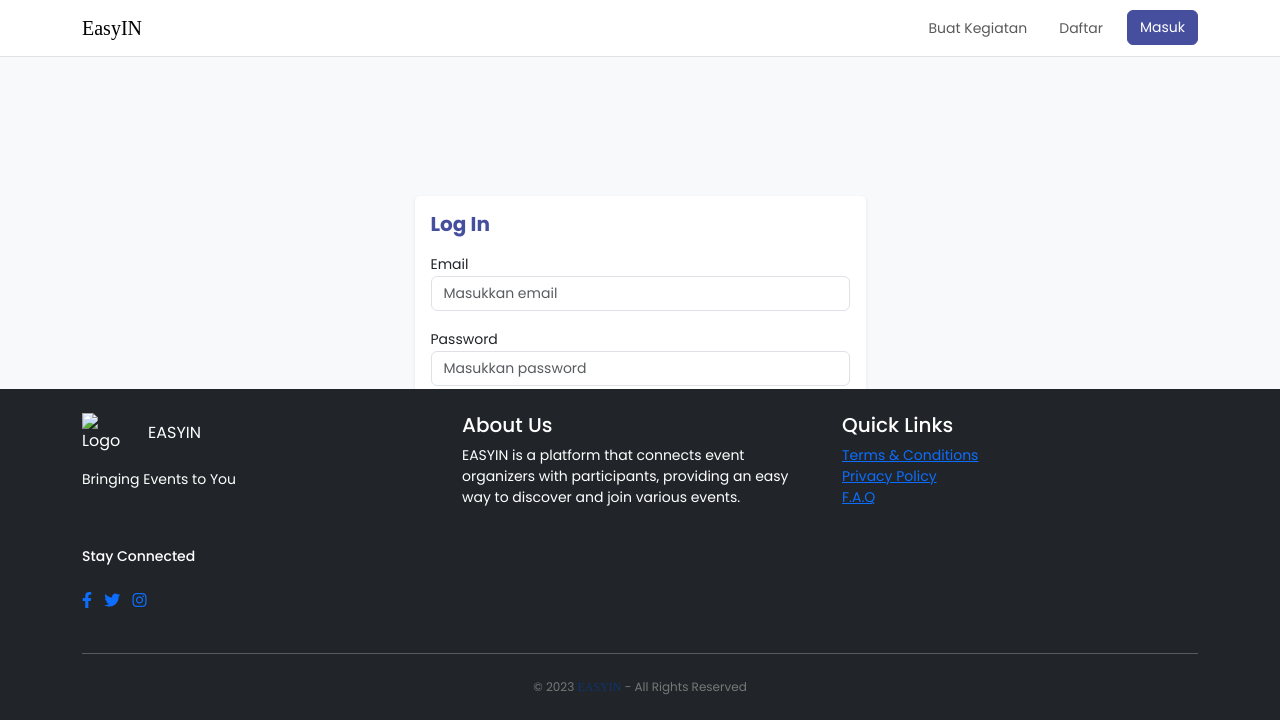
Repository: Imadaaa/Ticketing_Online
Page: http://localhost/login
The author's editor kept a copy of each file at every save. The page is drawn from the files as they stood at one save, then again after a run of saves.
The browser window is 1280 px wide. The pictures show the whole page.
Some web fonts or font styles are not loaded; a fallback is used. The page is served by the project's Laravel application, run on PHP 8.4 with Laravel 10.

Above is the page before, as saved 2023-08-22 02:25:11.
Console error: ReferenceError: $ is not defined

After the next 4 saves:
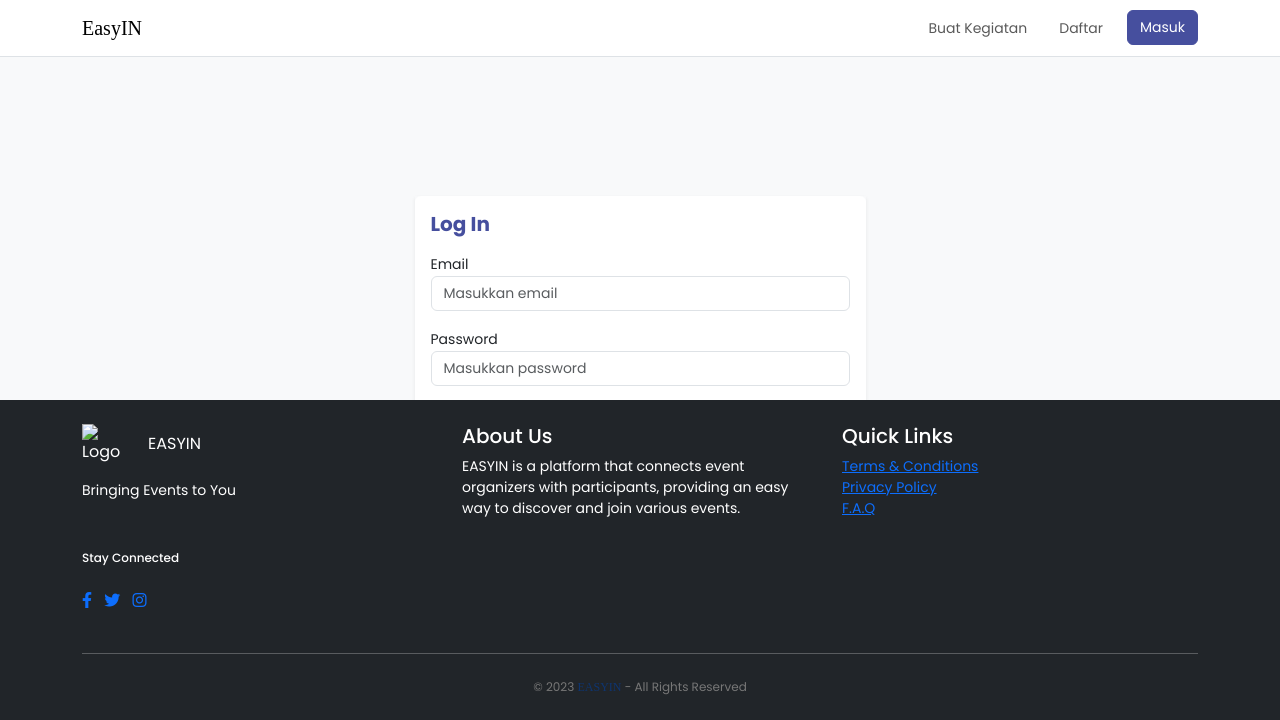
The 4 saves are shown as one change because they came seconds apart.
The last was saved 15 s later.
--- a/resources/views/template/landing-page/partials/_footer.blade.php
+++ b/resources/views/template/landing-page/partials/_footer.blade.php
@@ -22,8 +22,8 @@
                     <li><a href="#">F.A.Q</a></li>
                 </ul>
             </div>
-            <div class="col-md-10 mt-4">
-                <h5 class="fs-14 mb-4">Stay Connected</h5>
+            <div class="col-md-10 mt-3">
+                <h5 class="fs-12 mb-4">Stay Connected</h5>
                 <ul class="list-inline social-icons">
                     <li class="list-inline-item"><a href="#" class="social-link"><i
                                 class="fab fa-facebook-f"></i></a></li>
